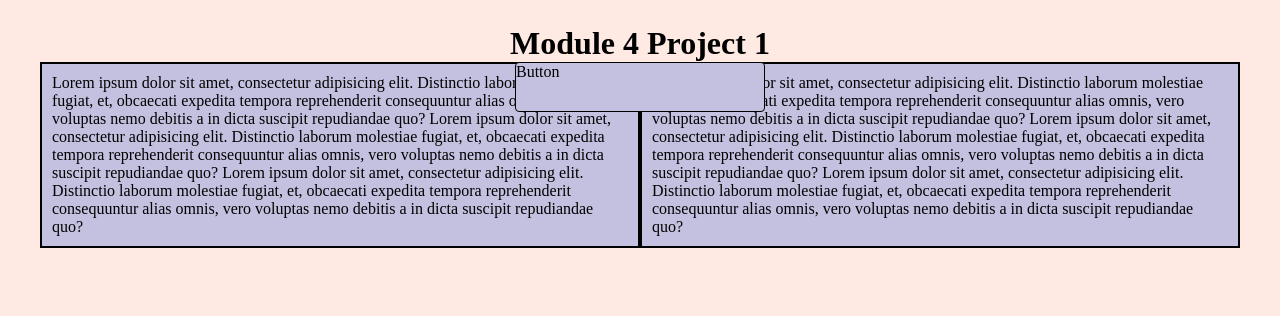
Repository: mlmEFSC21/P6-External-Style-Sheet
Page: index.html
These files come from the project's save history. The page is drawn as it stood at one moment and after the next save; the edit follows.
The browser window is 1280 px wide. The pictures show the whole page.

Above is the page before, as saved 2022-02-13 16:52:38.

After the next save:
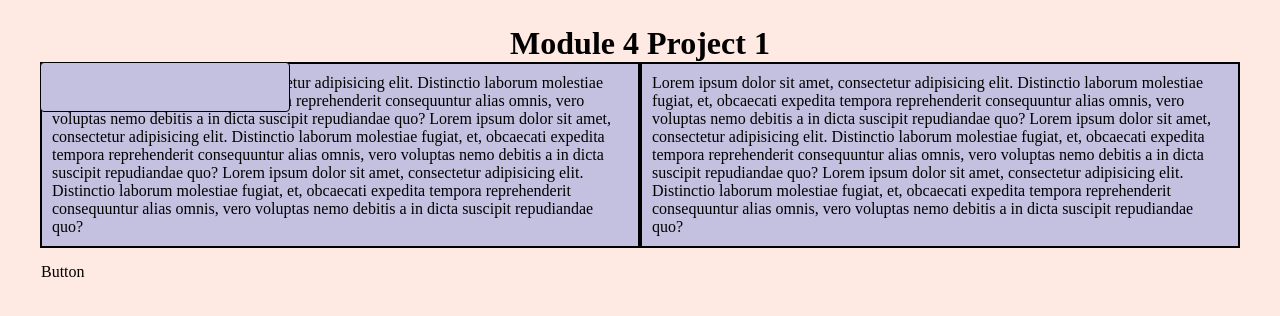
Saved 66 s later.
--- a/Styles.css
+++ b/Styles.css
@@ -40,10 +40,6 @@ p {
     clear: both;
 }
 div.button {
-    display: flex;
-    flex-direction: column;
-    justify-content: center;
-    align-items: center;
     position: relative;
 }
 a.button {
